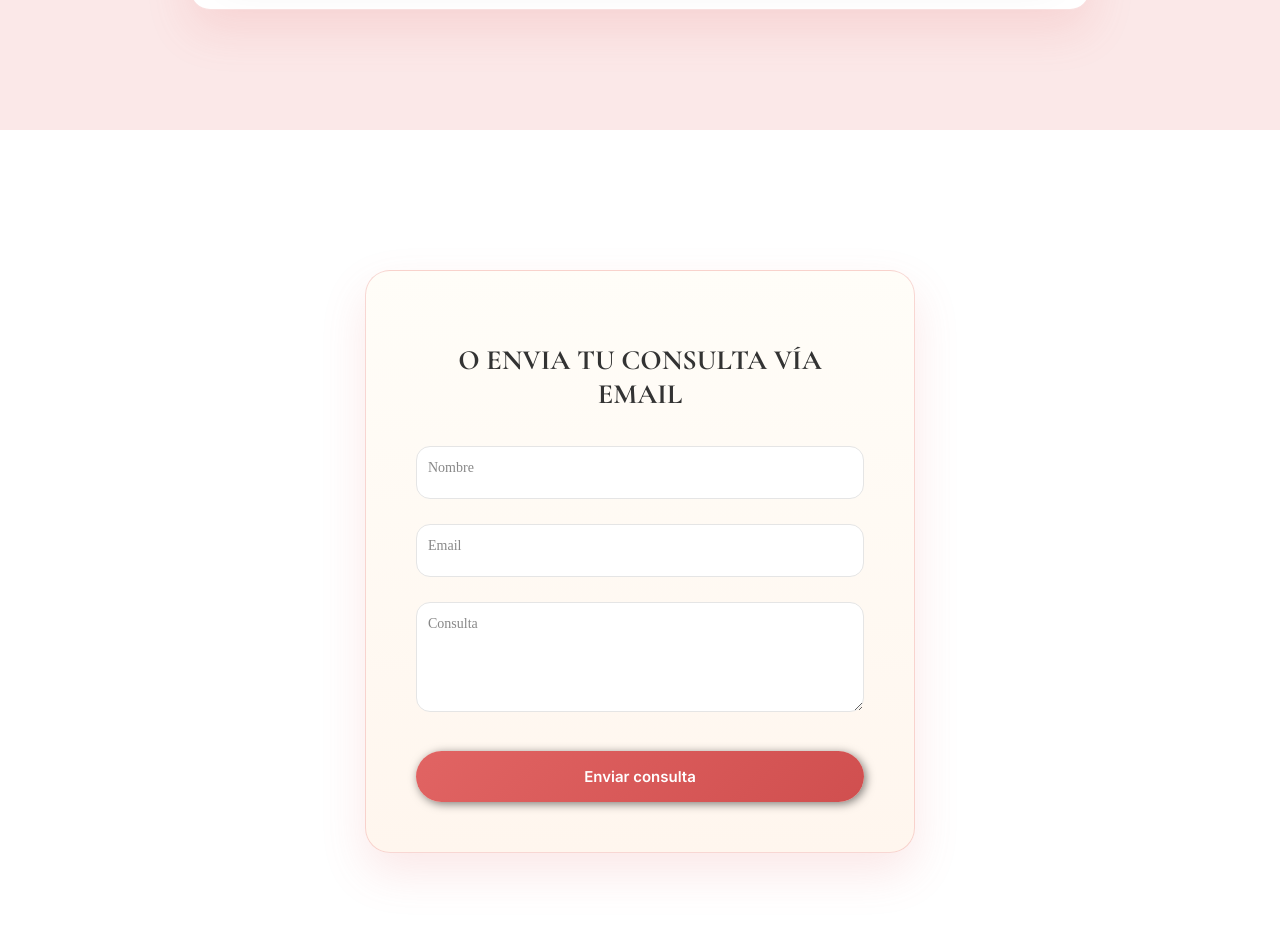
Repository: thiagobal1891-sudo/paginaweb
Page: pages/agenda.html
An editor plug-in stored every save of this project. The page is shown before and after the next save, followed by the edit.
The browser window is 1280 px wide. The pictures show the part of the page from y = 1047 to 1999 px (the page is 2379 px tall before and 2295 px after).
Some web fonts or font styles are not loaded; a fallback is used.

Above is the page before, as saved 2026-03-11 12:58:39.
Console error: ReferenceError: emailjs is not defined

After the next save:
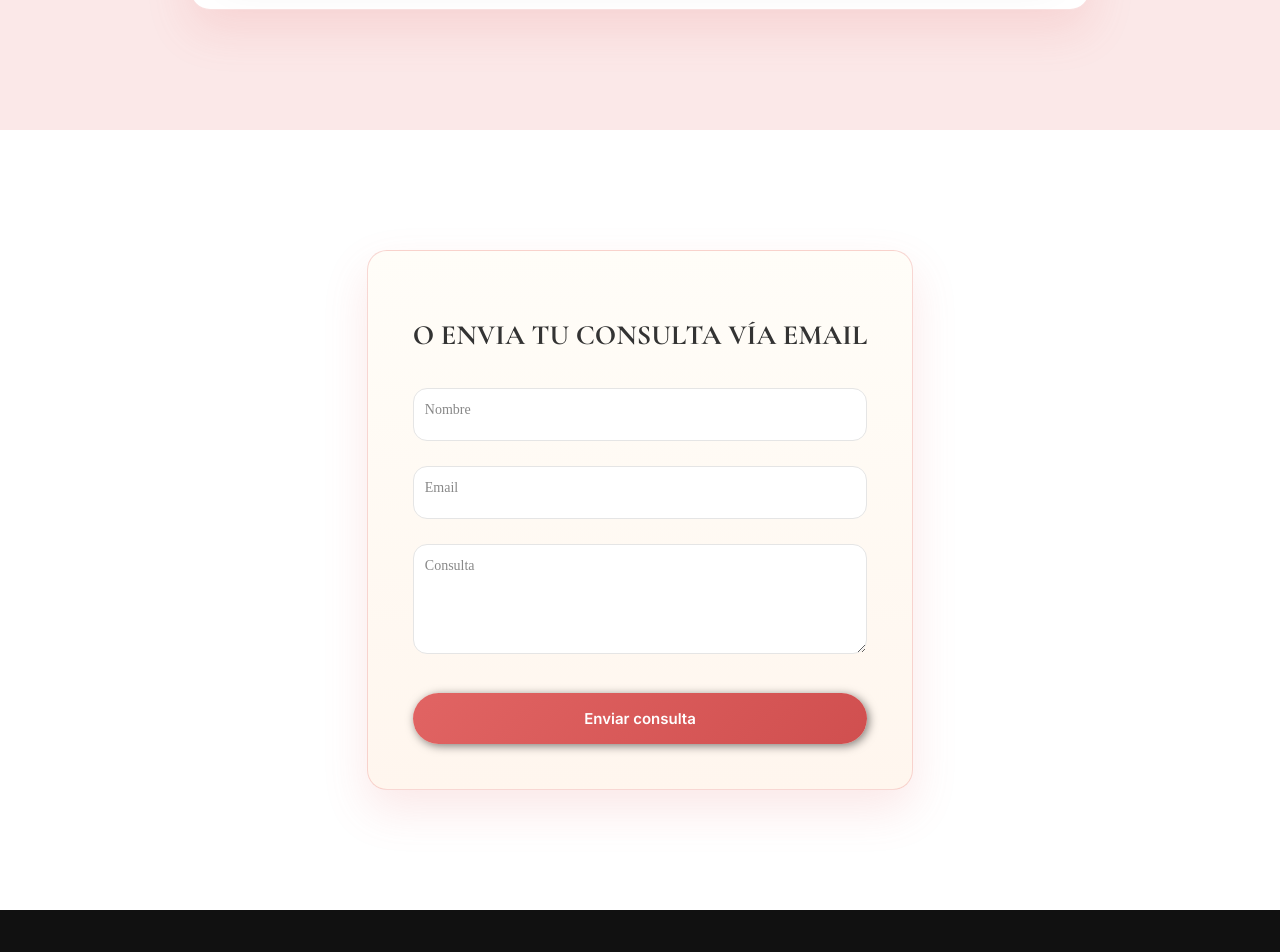
Saved 22 s later.
--- a/css/style.css
+++ b/css/style.css
@@ -654,18 +654,18 @@ padding:10px;
 
 
 #consultas{
-padding:140px 20px;
-background:#ffffff;
+padding:120px 20px;
+background:#fff;
 display:flex;
 justify-content:center;
 }
 .consulta-card{
 background:linear-gradient(180deg,#fffdf8,#fff6ee);
-padding:50px;
-border-radius:25px;
+padding:45px;
+border-radius:20px;
 box-shadow:0 20px 45px rgba(225,100,99,.15);
 width:100%;
-max-width:550px;
+max-width:600px;
 border:1px solid rgba(225,100,99,.25);
 }
 
